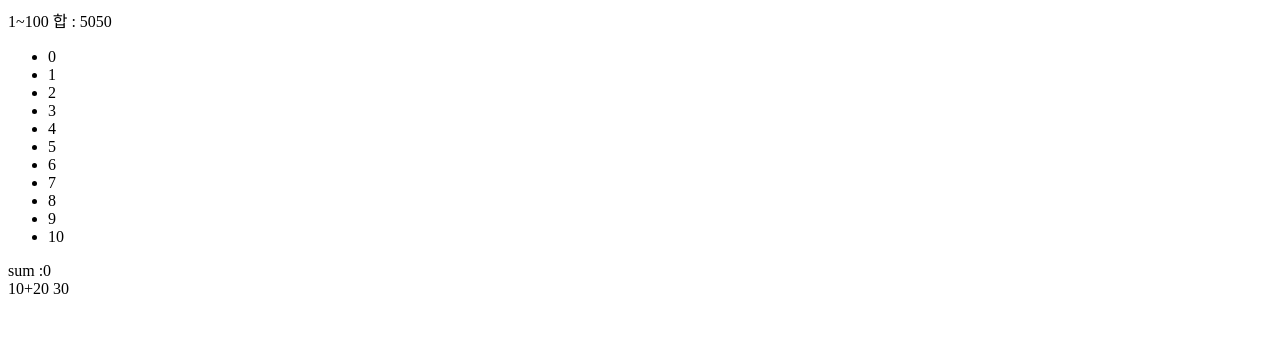
Repository: lopanghub/git_study
Page: http://localhost/JSPClassCh03/scriptingElement.jsp
The author's editor kept a copy of each file at every save. The page is drawn from the files as they stood at one save, then again after the next save.
The browser window is 1280 px wide. The pictures show the whole page.
The page is served by Tomcat 9.

Above is the page before, as saved 2024-04-02 05:55:00.

After the next save:
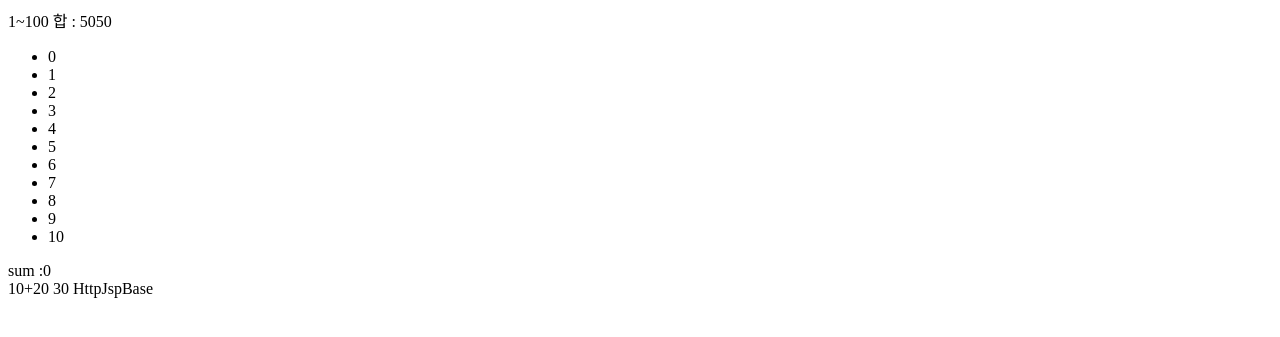
Saved 10 s later.
--- a/JSPStudy/JSPClassCh03/src/main/webapp/scriptingElement.jsp
+++ b/JSPStudy/JSPClassCh03/src/main/webapp/scriptingElement.jsp
@@ -9,7 +9,7 @@
 <!DOCTYPE html>
 <html>
 <head>
-<!-- HTML주석 -->
+<!-- HTML주석 (서버에 보임)-->
 <meta charset="UTF-8">
 <title>Insert title here</title>
 </head>
@@ -20,6 +20,7 @@
 		sum += i;
 	}
 %>
+
 				<%--표현식(Expression) 변수 객체를 출력하는 곳 --%>
  1~100 합 : <%=sum %>
  <ul>
@@ -33,7 +34,8 @@
  	sum=0;
  %>
  </ul>
+
  sum :<%= sum %><br>
  10+20 <%= add(10,20) %>
-</body>
+</body>HttpJspBase
 </html>
